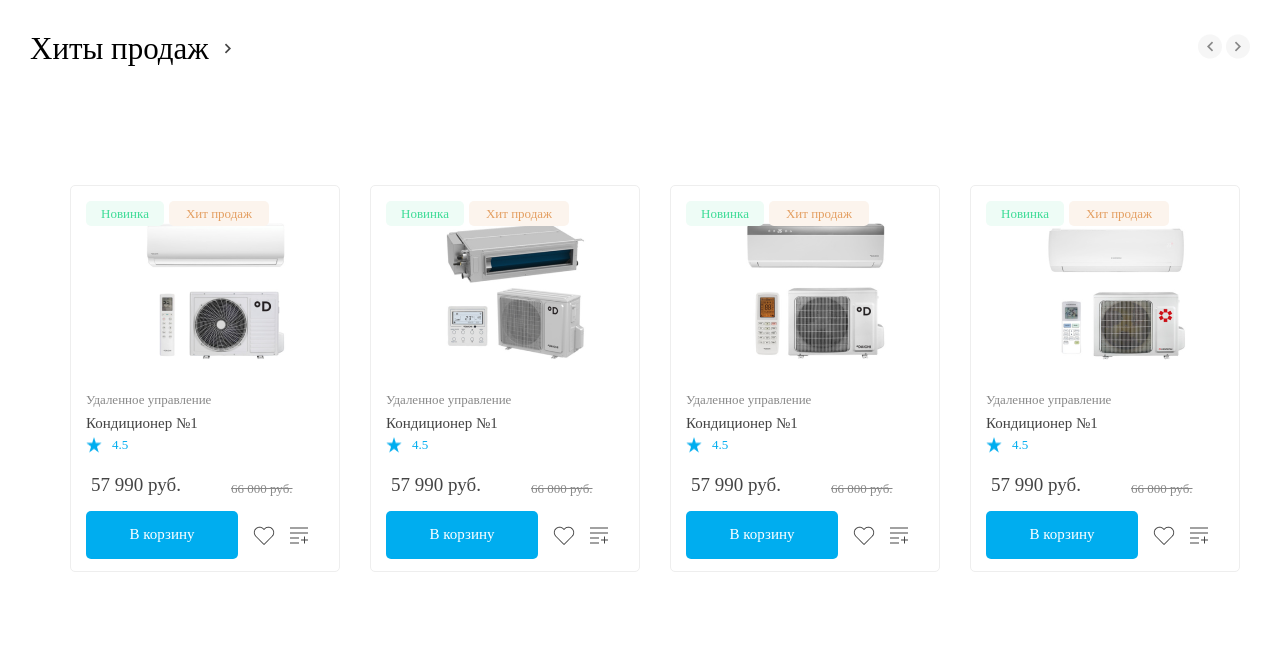
Repository: NikaMana/us
Page: index.html
The author's editor kept a copy of each file at every save. The page is drawn from the files as they stood at one save, then again after the next save.
The browser window is 1280 px wide. The pictures show the whole page.

Above is the page before, as saved 2021-09-15 16:42:04.

After the next save:
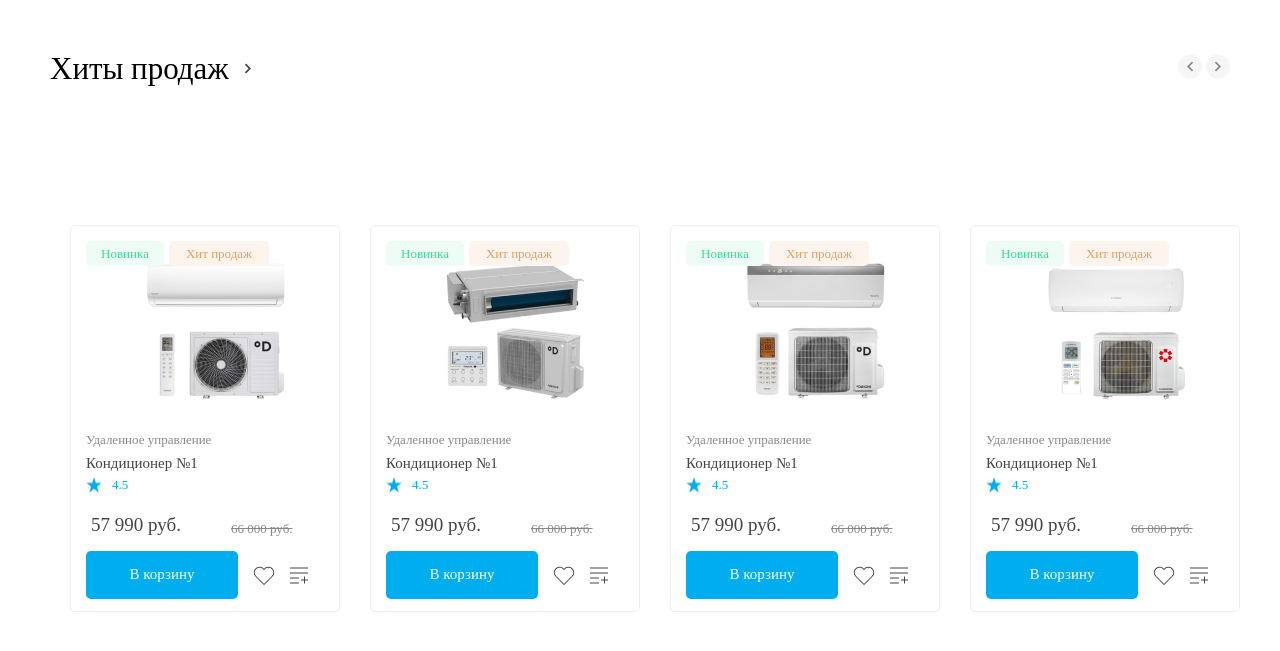
Saved 9 s later.
--- a/styles.css
+++ b/styles.css
@@ -21,7 +21,7 @@ h1, h2,h3,h4,h5{
   flex-direction: row;
   justify-content: space-between;
   align-items: center;
-  margin: 30px;
+  margin: 50px;
 }
 .welcome__left{
   display: flex;
